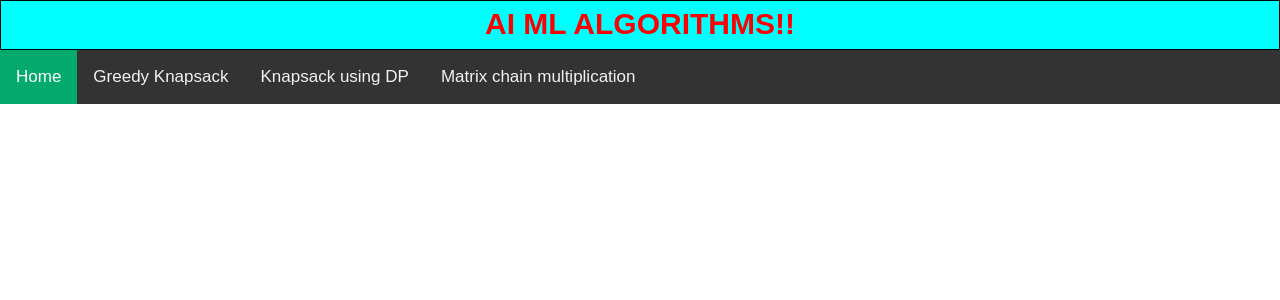
Repository: vinaybabu3962/ALGORITHMIC-TOOLBOX
Page: DAA_WT/webapp/index.html
The author's editor kept a copy of each file at every save. The page is drawn from the files as they stood at one save, then again after the next save.
The browser window is 1280 px wide. The pictures show the whole page.

Above is the page before, as saved 2021-07-04 06:11:31.

### DAA_WT/webapp/index.html
<!DOCTYPE html>
<html>
<head>
<meta charset="ISO-8859-1">
<title>Main Page</title>
<link rel="stylesheet" href="https://cdn.jsdelivr.net/npm/bootstrap@5.0.2/dist/css/bootstrap.min.css" integrity="sha384-EVSTQN3/azprG1Anm3QDgpJLIm9Nao0Yz1ztcQTwFspd3yD65VohhpuuCOmLASjC" crossorigin="anonymous">
<script src="https://cdn.jsdelivr.net/npm/bootstrap@5.0.2/dist/js/bootstrap.min.js" integrity="sha384-cVKIPhGWiC2Al4u+LWgxfKTRIcfu0JTxR+EQDz/bgldoEyl4H0zUF0QKbrJ0EcQF" crossorigin="anonymous"></script>
<script src="https://cdn.jsdelivr.net/npm/bootstrap@5.0.2/dist/js/bootstrap.bundle.min.js" integrity="sha384-MrcW6ZMFYlzcLA8Nl+NtUVF0sA7MsXsP1UyJoMp4YLEuNSfAP+JcXn/tWtIaxVXM" crossorigin="anonymous"></script>
<meta name="viewport" content="width=device-width, initial-scale=1">
<style>
body {
  margin: 0;
  font-family: Arial, Helvetica, sans-serif;
}

.topnav {
  overflow: hidden;
  background-color: #333;
}

.topnav a {
  float: left;
  color: #f2f2f2;
  text-align: center;
  padding: 14px 16px;
  text-decoration: none;
  font-size: 17px;
}

.topnav a:hover {
  background-color: #ddd;
  color: black;
}

.topnav a.active {
  background-color: #04AA6D;
  color: white;
}
</style>
</head>
<body>
<div class="header" style="color:red;font-weight:bold;font-size:30px;border:1px solid black;background-color:cyan;height:50px;text-align:center;">
	AI ML ALGORITHMS!!
</div>
<div class="topnav">
  <a class="active" href="#home">Home</a>
  <a href="GreedyKnapsack.html">Greedy Knapsack</a>
  <a href="KnapSackDP.html">Knapsack using DP</a>
  <a href="MatrixChainMultiplication.html">Matrix chain multiplication</a>
</div>
</body>
</html>

After the next save:
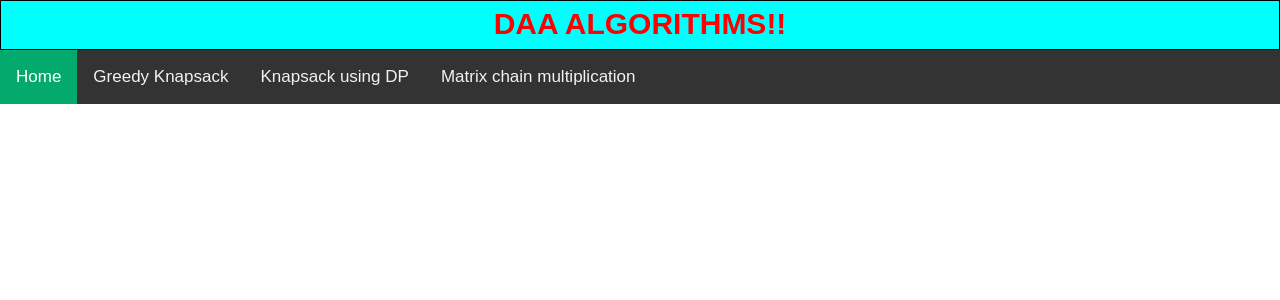
Saved 15 s later.
--- a/DAA_WT/webapp/index.html
+++ b/DAA_WT/webapp/index.html
@@ -40,7 +40,7 @@ body {
 </head>
 <body>
 <div class="header" style="color:red;font-weight:bold;font-size:30px;border:1px solid black;background-color:cyan;height:50px;text-align:center;">
-	AI ML ALGORITHMS!!
+	DAA ALGORITHMS!!
 </div>
 <div class="topnav">
   <a class="active" href="#home">Home</a>
